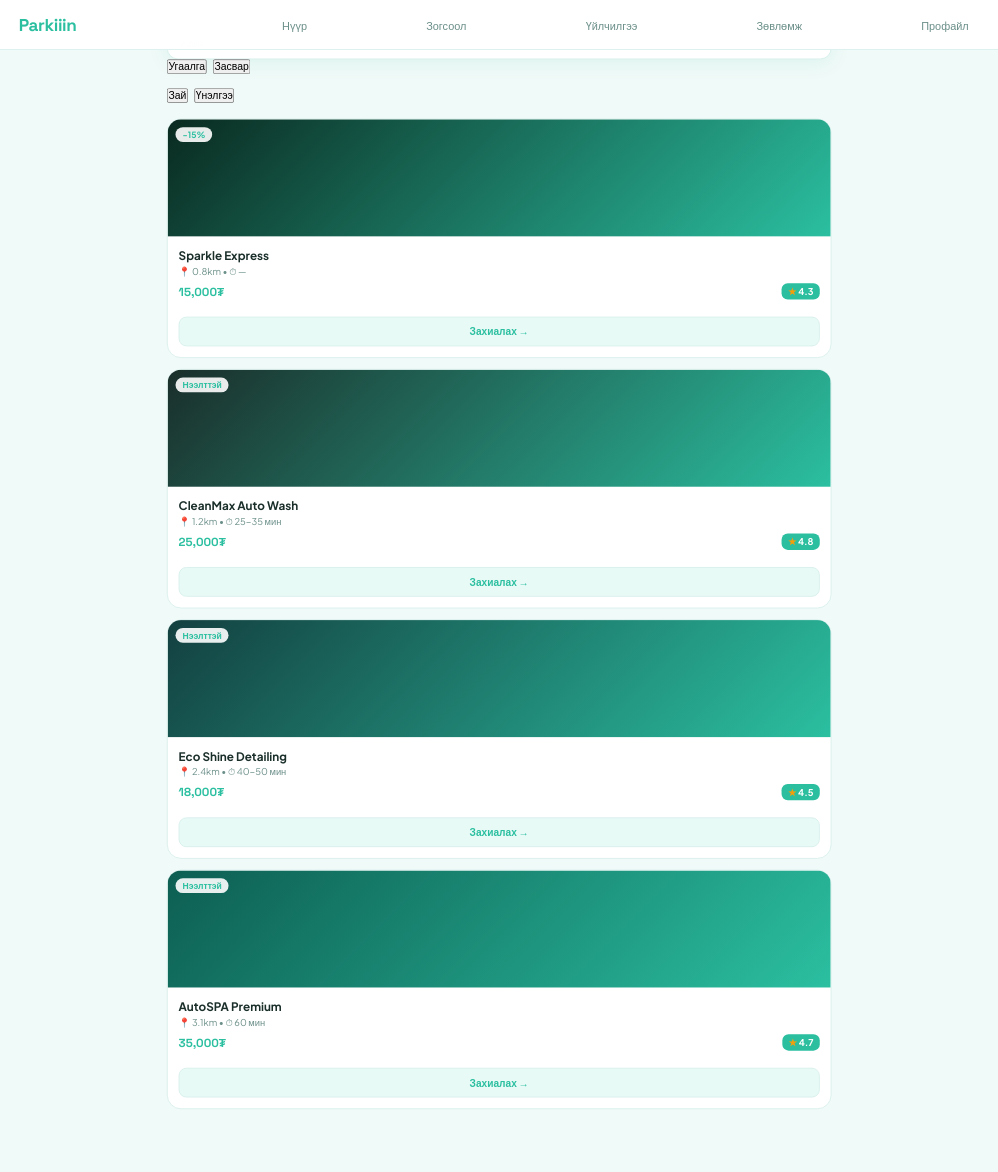
Repository: Enkhush03/Parkiiin_final
Page: / (app in frontend/)
The author's editor kept a copy of each file at every save. The page is drawn from the files as they stood at one save, then again after the next save.
The browser window is 1280 px wide. The pictures show the whole page, at 78% of full size.
The project was rebuilt for these pictures with package versions that can differ from the ones it lists, and the page was loaded fresh each time. Also part of the build but not shown: frontend/vite.config.js.

Above is the page before, as saved 2026-05-04 22:59:52.

### frontend/index.html
<!doctype html>
<html lang="en">
  <head>
    <meta charset="utf-8" />
    <meta name="viewport" content="width=device-width, initial-scale=1.0" />
    <title>Frontend</title>
  </head>
  <body>
    <div id="root"></div>
    <script type="module" src="/src/main.jsx"></script>
  </body>
</html>

### frontend/src/main.jsx
import React from 'react'
import { createRoot } from 'react-dom/client'
import { BrowserRouter } from 'react-router-dom'
import App from './App'
import '../../styles/main.css'

const root = createRoot(document.getElementById('root'))
root.render(
  <React.StrictMode>
    <BrowserRouter>
      <App />
    </BrowserRouter>
  </React.StrictMode>
)

### frontend/src/App.jsx
import Washing from "./pages/nearby_washing";
function App(){
  return <Washing/>
}
export default App;

### frontend/src/pages/nearby_washing.jsx
import "../../../styles/main.css"
import { useState } from "react"
import ServiceCard from "../components/ServiceCard"
import Navbar from "../components/Navbar"
import SearchBar from "../components/SearchBar"

export default function Washing() {

  const [query, setQuery] = useState("")
  const [activeTab, setActiveTab] = useState("wash")
  const [sortType, setSortType] = useState("distance")

  const services = [
    {
      name: "CleanMax Auto Wash",
      distance: "1.2km",
      time: "25-35 мин",
      price: "25,000₮",
      rating: 4.8,
      tag: "Нээлттэй",
      type: "wash",
      gradient: "linear-gradient(135deg,#1a2e2a,#2BBFA0)"
    },
    {
      name: "Eco Shine Detailing",
      distance: "2.4km",
      time: "40-50 мин",
      price: "18,000₮",
      rating: 4.5,
      tag: "Нээлттэй",
      type: "wash",
      gradient: "linear-gradient(135deg,#134040,#2BBFA0)"
    },
    {
      name: "Sparkle Express",
      distance: "0.8km",
      time: "—",
      price: "15,000₮",
      rating: 4.3,
      tag: "-15%",
      type: "wash",
      gradient: "linear-gradient(135deg,#0a2a20,#2BBFA0)"
    },
    {
      name: "AutoSPA Premium",
      distance: "3.1km",
      time: "60 мин",
      price: "35,000₮",
      rating: 4.7,
      tag: "Нээлттэй",
      type: "wash",
      gradient: "linear-gradient(135deg,#0d5e52,#2BBFA0)"
    }
  ]

  //  filter
  const filteredServices = services
    .filter((s) =>
      s.name.toLowerCase().includes(query.toLowerCase())
    )
    .filter((s) => s.type === activeTab)

  //  sort
  const parseDistance = (d) => parseFloat(d)

  const sortedServices = [...filteredServices].sort((a, b) => {
    if (sortType === "distance") {
      return parseDistance(a.distance) - parseDistance(b.distance)
    }
    if (sortType === "rating") {
      return b.rating - a.rating
    }
    return 0
  })

  return (
    <>
      <Navbar />

      <main className="services-content">

        <SearchBar onSearch={setQuery} />

        {/* Tabs */}
        <div className="service-tabs">
          <button
            className={activeTab === "wash" ? "active" : ""}
            onClick={() => setActiveTab("wash")}
          >
            Угаалга
          </button>

          <button
            className={activeTab === "repair" ? "active" : ""}
            onClick={() => setActiveTab("repair")}
          >
            Засвар
          </button>
        </div>

        {/* Sort */}
        <div className="wash-filters">
          <button onClick={() => setSortType("distance")}>
            Зай
          </button>
          <button onClick={() => setSortType("rating")}>
            Үнэлгээ
          </button>
        </div>

        {/* Cards */}
        <div className="parking-grid">
          {sortedServices.map((s) => (
            <ServiceCard key={s.name} {...s} />
          ))}
        </div>

      </main>
    </>
  )
}

### frontend/src/components/ServiceCard.jsx
export default function ServiceCard({
  name,
  distance,
  time,
  price,
  rating,
  tag,
  gradient
}) {
  return (
    <div className="service-card">
      <div
        className="service-img"
        style={{ background: gradient }}
      >
        <span></span>
        <div className="s-tag">{tag}</div>
      </div>

      <div className="service-body">
        <div className="service-name">{name}</div>
        <div className="service-dist">
          📍 {distance} • ⏱ {time}
        </div>

        <div className="service-foot">
          <div className="s-price">{price}</div>
          <div className="s-rating">{rating}</div>
        </div>

        <button className="book-btn">
          Захиалах →
        </button>
      </div>
    </div>
  )
}

### frontend/src/components/Navbar.jsx
import { Link } from "react-router-dom"
export default function Navbar(){
    return(
        <nav className="top-nav">
            <div className="nav-logo">Parkiiin</div>

            <div className = "nav-links"></div>
        <Link className="nav-link" to="/">Нүүр</Link>
        <Link className="nav-link" to="/parking">Зогсоол</Link>
        <Link className="nav-link" to="/washing">Үйлчилгээ</Link>
        <Link className="nav-link" to="/tips">Зөвлөмж</Link>
        <Link className="nav-link" to="/profile">Профайл</Link>

        </nav>
    )
}

### frontend/src/components/SearchBar.jsx
export default function SearchBar({ onSearch }) {
  return (
    <div className="search-bar">
      <input
        placeholder="Хайх..."
        onChange={(e) => onSearch(e.target.value)}
      />
    </div>
  )
}

Loaded but not shown: styles/main.css (7629 lines, source omitted)

After the next save:
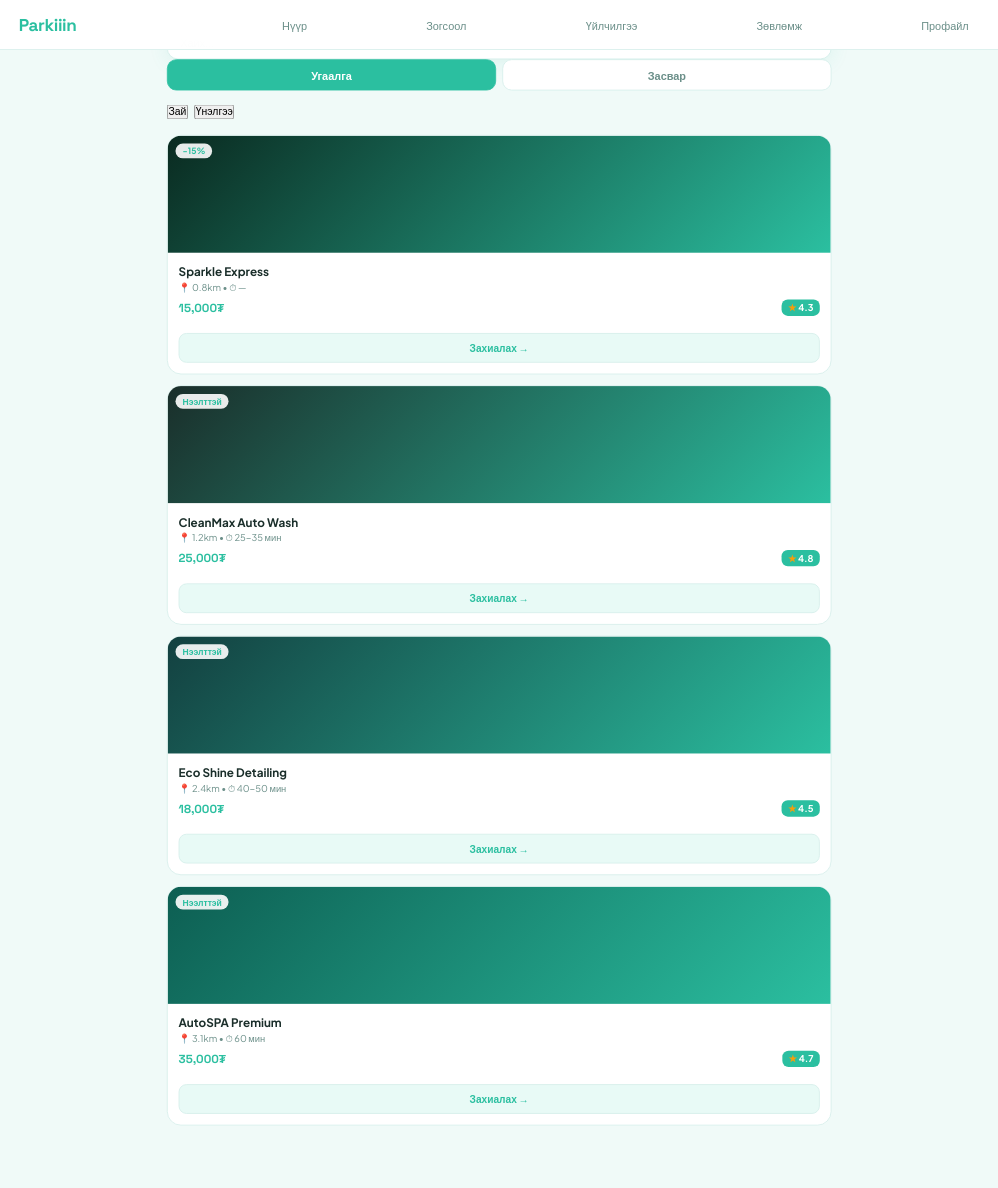
Saved 3 min 56 s later.
--- a/frontend/src/pages/nearby_washing.jsx
+++ b/frontend/src/pages/nearby_washing.jsx
@@ -84,18 +84,18 @@ export default function Washing() {
         {/* Tabs */}
         <div className="service-tabs">
           <button
-            className={activeTab === "wash" ? "active" : ""}
-            onClick={() => setActiveTab("wash")}
-          >
-            Угаалга
-          </button>
+  className={`service-tab ${activeTab === "wash" ? "active" : ""}`}
+  onClick={() => setActiveTab("wash")}
+>
+  Угаалга
+</button>
 
-          <button
-            className={activeTab === "repair" ? "active" : ""}
-            onClick={() => setActiveTab("repair")}
-          >
-            Засвар
-          </button>
+<button
+  className={`service-tab ${activeTab === "repair" ? "active" : ""}`}
+  onClick={() => setActiveTab("repair")}
+>
+  Засвар
+</button>
         </div>
 
         {/* Sort */}
